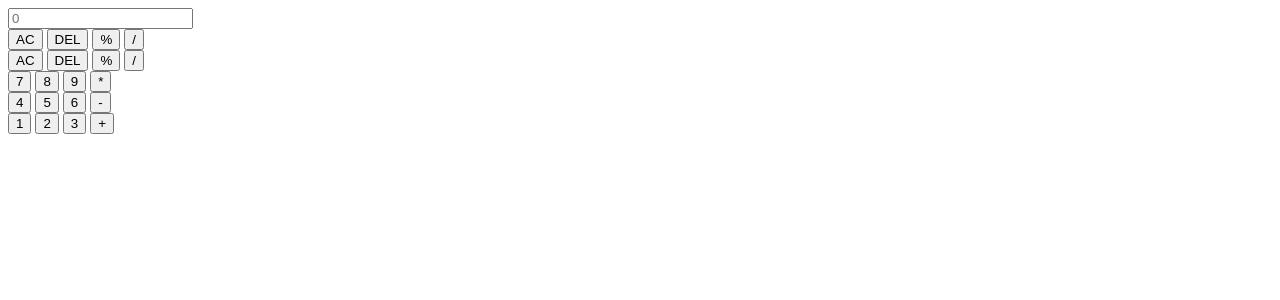
Repository: vaibhav1281/Calculator
Page: index.html
These files come from the project's save history. The page is drawn as it stood at one moment and after a run of saves; the edit follows.
The browser window is 1280 px wide. The pictures show the whole page.

Above is the page before, as saved 2023-05-06 19:39:23.

### index.html
<!DOCTYPE html>
<html lang="en">
<head>
    <meta charset="UTF-8">
    <meta http-equiv="X-UA-Compatible" content="IE=edge">
    <meta name="viewport" content="width=device-width, initial-scale=1.0">
    <title>Calculator - By Vaibhav Saroj</title>
    <link rel="stylesheet" href="styles.css">
</head>
<body>
    <div class="calcurator">
        <input type="text" placeholder="0">
        <div>
            <button>AC</button>
            <button>DEL</button>
            <button>%</button>
            <button>/</button>
        </div>
        <div>
            <button>AC</button>
            <button>DEL</button>
            <button>%</button>
            <button>/</button>
        </div>
        <div>
            <button>7</button>
            <button>8</button>
            <button>9</button>
            <button>*</button>
        </div>
        <div>
            <button>4</button>
            <button>5</button>
            <button>6</button>
            <button>-</button>
        </div>
        <div>
            <button>1</button>
            <button>2</button>
            <button>3</button>
            <button>+</button>
        </div>
    </div>


    <script src="index.js"></script>
</body>
</html>

Loaded but not shown: index.js (no copy from this time; the picture is the same without it); styles.css (no copy from this time; the picture is the same without it)

After the next 2 saves:
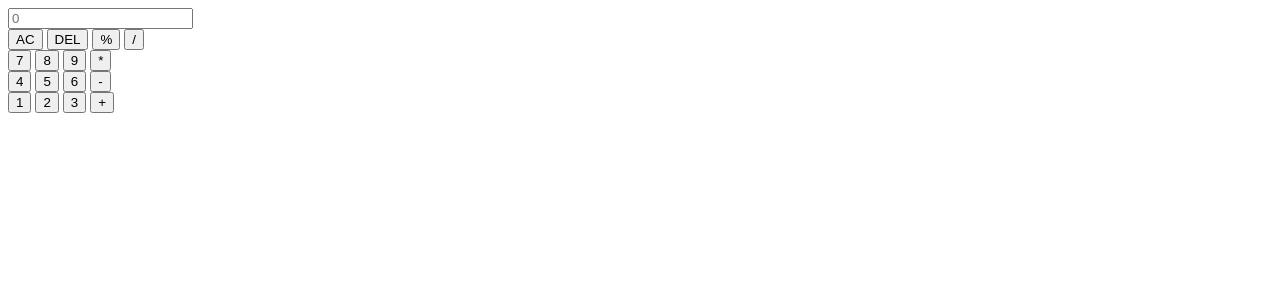
The 2 saves are shown as one change because they came seconds apart.
The last was saved 63 s later.
--- a/index.html
+++ b/index.html
@@ -10,12 +10,6 @@
 <body>
     <div class="calcurator">
         <input type="text" placeholder="0">
-        <div>
-            <button>AC</button>
-            <button>DEL</button>
-            <button>%</button>
-            <button>/</button>
-        </div>
         <div>
             <button>AC</button>
             <button>DEL</button>
